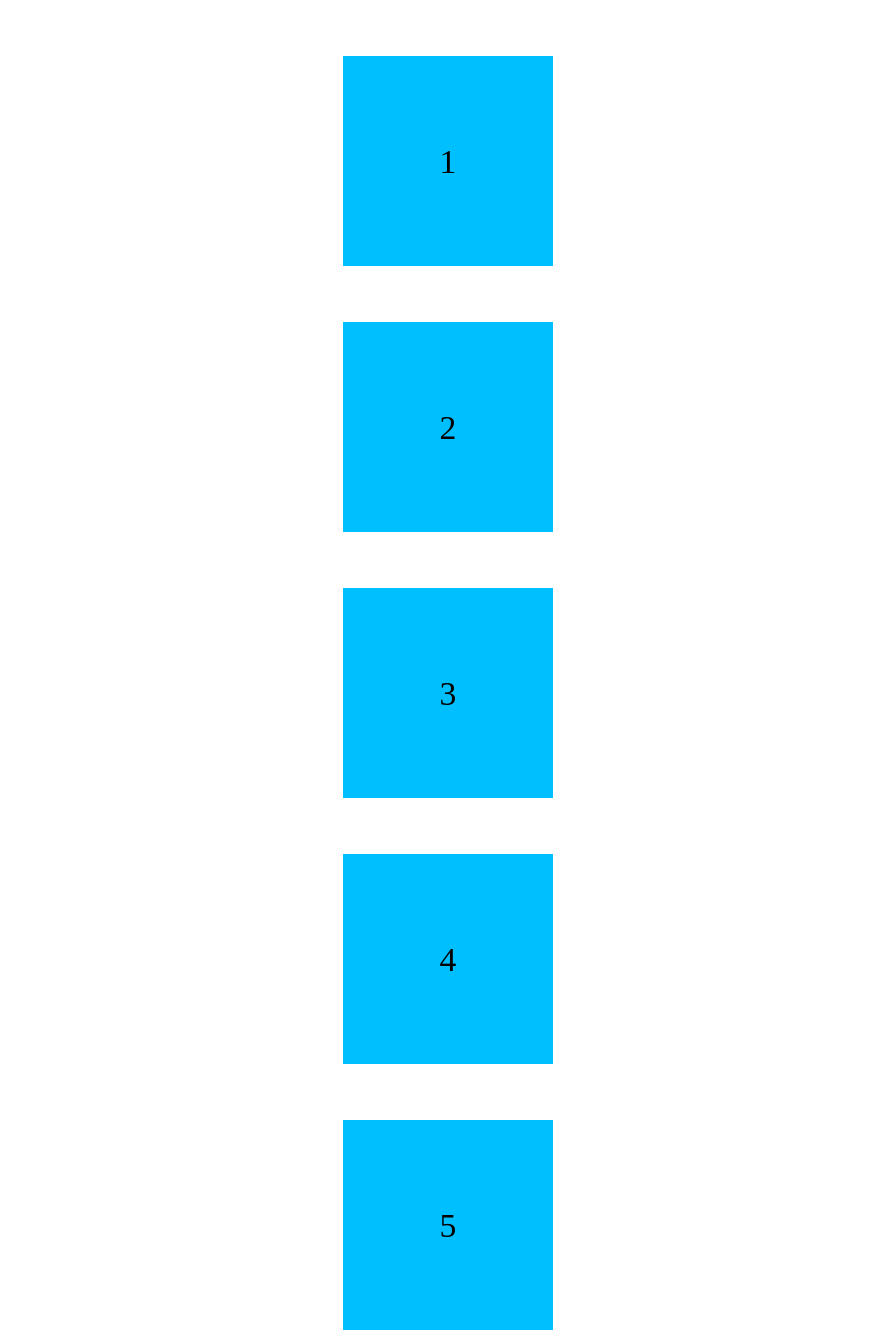
Repository: Arden-Sol/portfolio-website-clone-coding
Page: intersection-observer/intersection-before/index.html
An editor plug-in stored every save of this project. The page is shown before and after the next save, followed by the edit.
The browser window is 1280 px wide. The pictures show the part of the page from y = 0 to 1920 px (the page is 7680 px tall), at 70% of full size.

Above is the page before, as saved 2024-04-06 03:47:22.

### intersection-observer/intersection-before/index.html
<!DOCTYPE html>
<html lang="en">

<head>
  <meta charset="UTF-8" />
  <meta http-equiv="X-UA-Compatible" content="IE=edge" />
  <meta name="viewport" content="width=device-width, initial-scale=1.0" />
  <title>Intersection Observer</title>
  <style>
    .box {
      width: 300px;
      height: 300px;
      margin: 80px auto;
      font-size: 3rem;
      display: flex;
      justify-content: center;
      align-items: center;
      background-color: deepskyblue;
      transition: all 250ms;
    }

    .box.active {
      background-color: purple;
    }
  </style>
</head>

<body>
  <div class="box">1</div>
  <div class="box">2</div>
  <div class="box">3</div>
  <div class="box">4</div>
  <div class="box">5</div>
  <div class="box">6</div>
  <div class="box">7</div>
  <div class="box">8</div>
  <div class="box">9</div>
  <div class="box">10</div>
  <div class="box">11</div>
  <div class="box">12</div>
  <div class="box">13</div>
  <div class="box">14</div>
  <div class="box">15</div>
  <div class="box">16</div>
  <div class="box">17</div>
  <div class="box">18</div>
  <div class="box">19</div>
  <div class="box">20</div>

  <script>
    const target = document.querySelector('.box');
    let callback = (entries) => {
      entries.forEach((entry) => {
        if (entry.isIntersecting) {
          let element = entry.target;
          console.log(element);
        }

      });
    };
    let observer = new IntersectionObserver(callback);
    observer.observe(target);
  </script>
</body>

</html>

After the next save:
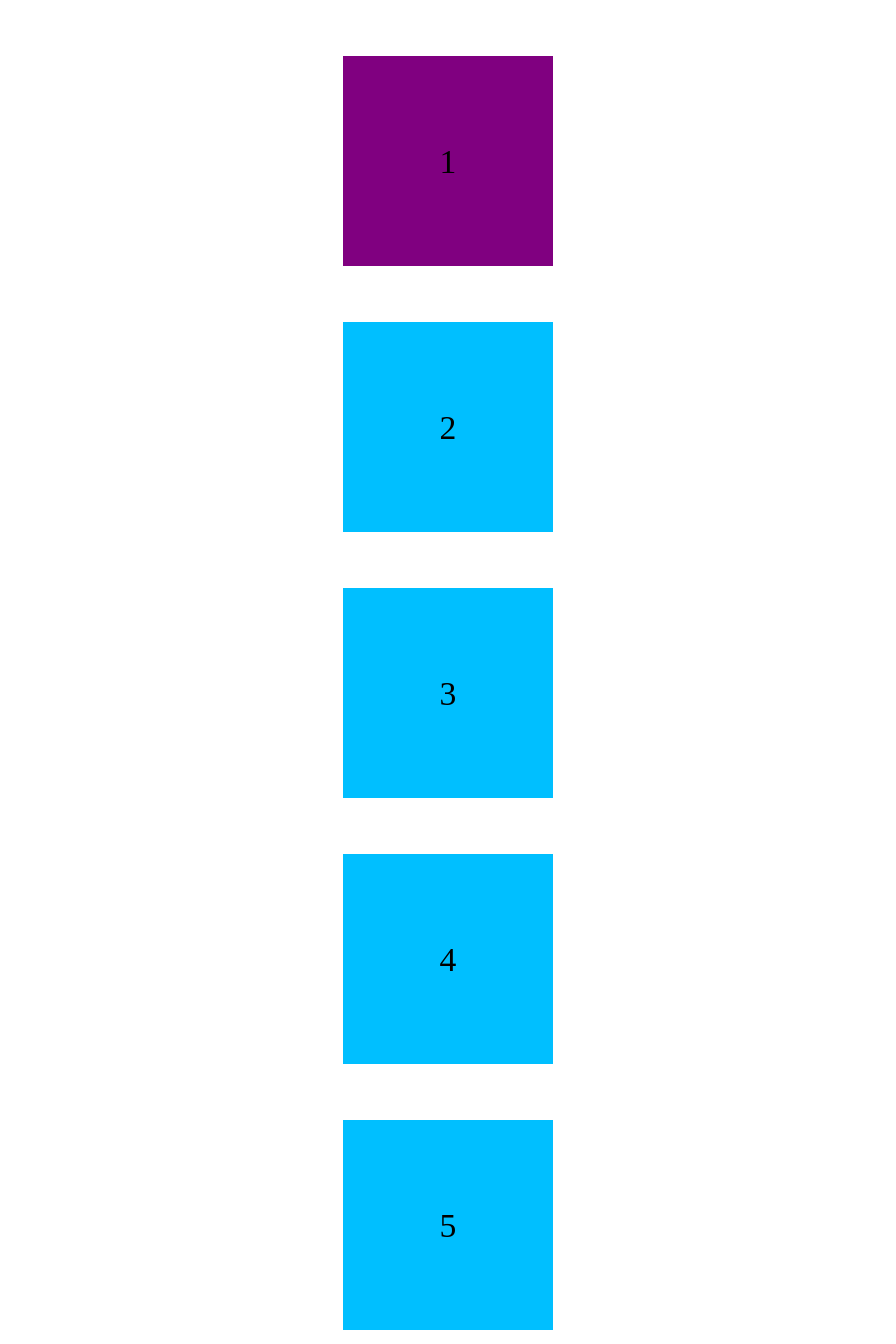
Saved 2 min 5 s later.
--- a/intersection-observer/intersection-before/index.html
+++ b/intersection-observer/intersection-before/index.html
@@ -53,7 +53,7 @@
       entries.forEach((entry) => {
         if (entry.isIntersecting) {
           let element = entry.target;
-          console.log(element);
+          element.classList.add('active');
         }
 
       });

After the save that followed:
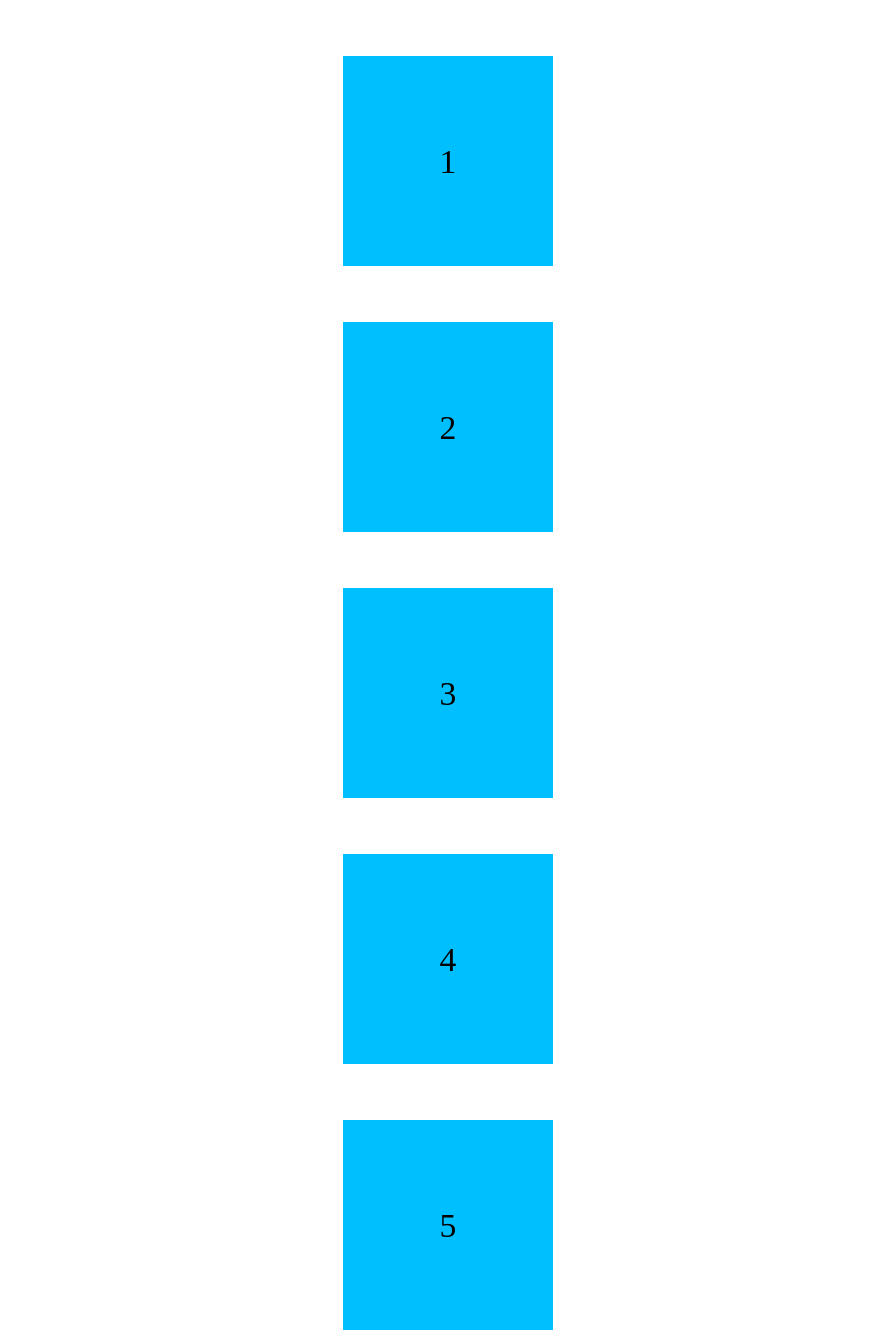
Saved 11 min 0 s later.
--- a/intersection-observer/intersection-before/index.html
+++ b/intersection-observer/intersection-before/index.html
@@ -48,18 +48,16 @@
   <div class="box">20</div>
 
   <script>
-    const target = document.querySelector('.box');
-    let callback = (entries) => {
-      entries.forEach((entry) => {
-        if (entry.isIntersecting) {
-          let element = entry.target;
-          element.classList.add('active');
-        }
-
-      });
-    };
-    let observer = new IntersectionObserver(callback);
-    observer.observe(target);
+    function callback(entries) {
+      entries.forEach(entry => {
+        console.log(entry);
+      })
+    }
+    const observer = new IntersectionObserver(callback);
+    const boxes = document.querySelectorAll('.box');
+    boxes.forEach(box => {
+      observer.observe(box)
+    });
   </script>
 </body>
 
